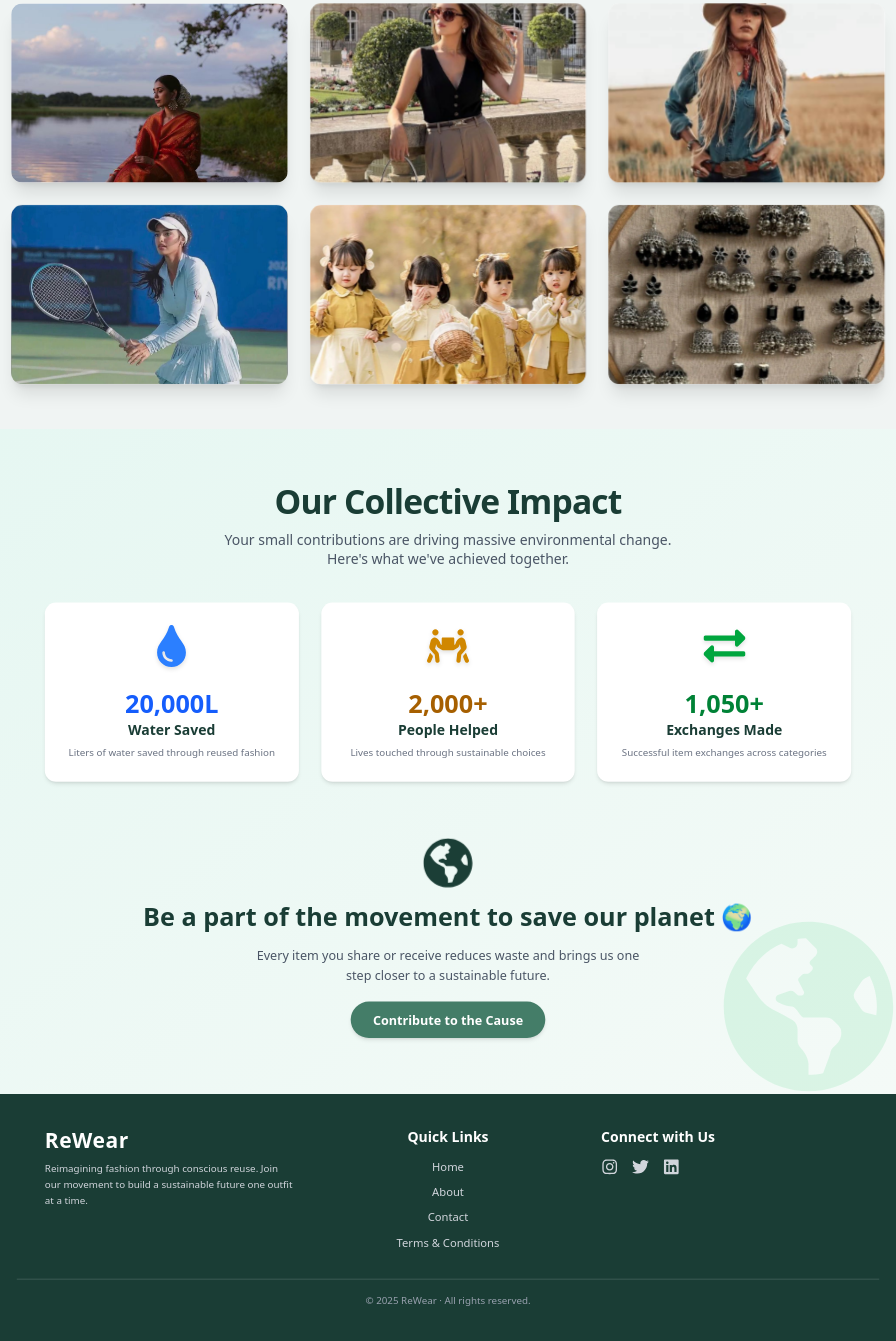
Repository: Swastikkkkk/vv
Page: / (app in OneDrive/Desktop/Yuzichahal/frontend/)
These files come from the project's save history. The page is drawn as it stood at one moment and after the next save; the edit follows.
The browser window is 1280 px wide. The pictures show the part of the page from y = 987 to 2907 px (the page is 2903 px tall before and 2907 px after), at 70% of full size.
The page's requests for data from a server got no answer. The project was rebuilt for these pictures with package versions that can differ from the ones it lists, and the page was loaded fresh each time. No one was signed in, and anything a server would have sent is missing. Also part of the build but not shown: OneDrive/Desktop/Yuzichahal/frontend/vite.config.js, OneDrive/Desktop/Yuzichahal/frontend/src/components/Signup.jsx, OneDrive/Desktop/Yuzichahal/frontend/src/components/Login.jsx, OneDrive/Desktop/Yuzichahal/frontend/src/components/user/Sidebar.jsx, OneDrive/Desktop/Yuzichahal/frontend/src/components/user/ProductFeed.jsx, OneDrive/Desktop/Yuzichahal/frontend/src/components/user/HelpTooltip.jsx, OneDrive/Desktop/Yuzichahal/frontend/src/components/user/UserDashboard.jsx, OneDrive/Desktop/Yuzichahal/frontend/src/components/user/AddListing.jsx and 7 more.

Above is the page before, as saved 2025-07-12 13:44:51.

After the next save:
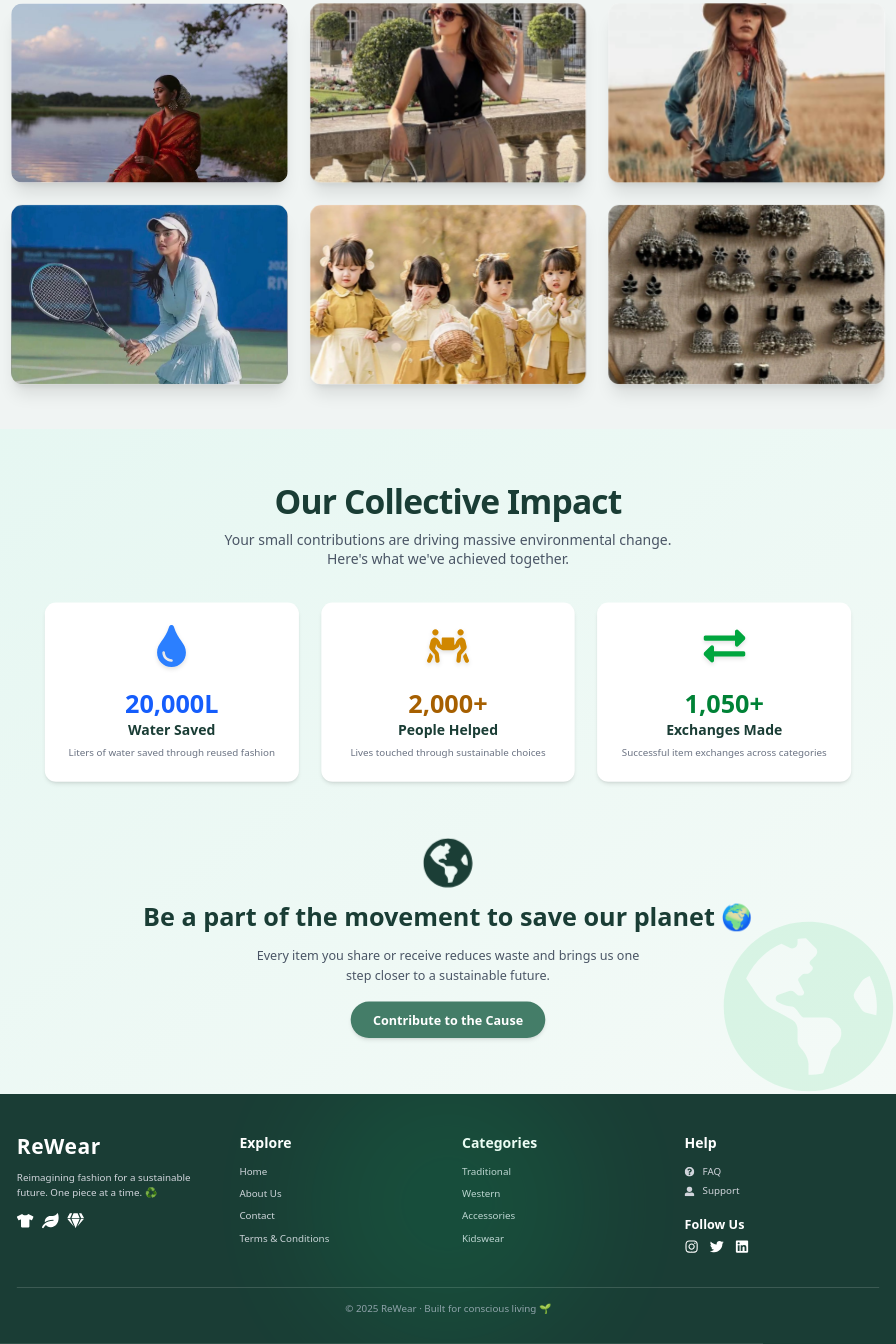
Saved 62 s later.
--- a/OneDrive/Desktop/Yuzichahal/frontend/src/components/Footer.jsx
+++ b/OneDrive/Desktop/Yuzichahal/frontend/src/components/Footer.jsx
@@ -1,82 +1,83 @@
 import React from 'react';
 import { Link } from 'react-router-dom';
-import { FaInstagram, FaTwitter, FaLinkedin } from 'react-icons/fa';
+import {
+  FaInstagram,
+  FaTwitter,
+  FaLinkedin,
+  FaTshirt,
+  FaLeaf,
+  FaGem,
+  FaUserAlt,
+  FaQuestionCircle,
+} from 'react-icons/fa';
 
 const Footer = () => {
   return (
-    <footer className="bg-[#1a3d35] text-white py-12 px-6">
-      <div className="max-w-6xl mx-auto grid grid-cols-1 md:grid-cols-3 gap-10">
-        {/* Logo & Description */}
-        <div className="text-center md:text-left">
-          <h2 className="text-3xl font-bold text-white mb-3 tracking-wide">ReWear</h2>
+    <footer className="bg-[#1a3d35] text-white pt-14 pb-10 px-6 relative overflow-hidden">
+      <div className="max-w-7xl mx-auto grid grid-cols-1 md:grid-cols-4 gap-10">
+        {/* 1. Logo + Mission */}
+        <div className="text-center md:text-left space-y-4">
+          <h2 className="text-3xl font-bold tracking-wide">ReWear</h2>
           <p className="text-sm text-gray-300 leading-relaxed">
-            Reimagining fashion through conscious reuse. Join our movement to build a sustainable future one outfit at a time.
+            Reimagining fashion for a sustainable future. One piece at a time. ♻️
           </p>
+          <div className="flex space-x-3 text-2xl text-white mt-4 justify-center md:justify-start">
+            <FaTshirt className="hover:text-[#38c172] transition-all duration-300" />
+            <FaLeaf className="hover:text-[#38c172] transition-all duration-300" />
+            <FaGem className="hover:text-[#38c172] transition-all duration-300" />
+          </div>
         </div>
 
-        {/* Navigation */}
-        <div className="text-center">
-          <h3 className="text-xl font-semibold mb-4 text-white">Quick Links</h3>
-          <ul className="space-y-3 text-gray-300">
-            <li>
-              <Link to="/" className="hover:text-[#38c172] transition duration-300">
-                Home
-              </Link>
-            </li>
-            <li>
-              <Link to="/about" className="hover:text-[#38c172] transition duration-300">
-                About
-              </Link>
-            </li>
-            <li>
-              <Link to="/contact" className="hover:text-[#38c172] transition duration-300">
-                Contact
-              </Link>
-            </li>
-            <li>
-              <Link to="/terms" className="hover:text-[#38c172] transition duration-300">
-                Terms & Conditions
-              </Link>
-            </li>
+        {/* 2. Explore */}
+        <div>
+          <h3 className="text-xl font-semibold mb-4 text-white">Explore</h3>
+          <ul className="space-y-3 text-gray-300 text-sm">
+            <li><Link to="/" className="hover:text-[#38c172] transition-all duration-300">Home</Link></li>
+            <li><Link to="/about" className="hover:text-[#38c172] transition-all duration-300">About Us</Link></li>
+            <li><Link to="/contact" className="hover:text-[#38c172] transition-all duration-300">Contact</Link></li>
+            <li><Link to="/terms" className="hover:text-[#38c172] transition-all duration-300">Terms & Conditions</Link></li>
           </ul>
         </div>
 
-        {/* Social Media */}
-        <div className="text-center md:text-left">
-          <h3 className="text-xl font-semibold mb-4">Connect with Us</h3>
-          <div className="flex justify-center md:justify-start gap-5 text-2xl">
-            <a
-              href="https://instagram.com"
-              target="_blank"
-              rel="noopener noreferrer"
-              className="text-gray-300 hover:text-pink-400 transition duration-300"
-            >
-              <FaInstagram />
-            </a>
-            <a
-              href="https://twitter.com"
-              target="_blank"
-              rel="noopener noreferrer"
-              className="text-gray-300 hover:text-sky-400 transition duration-300"
-            >
-              <FaTwitter />
-            </a>
-            <a
-              href="https://linkedin.com"
-              target="_blank"
-              rel="noopener noreferrer"
-              className="text-gray-300 hover:text-blue-400 transition duration-300"
-            >
-              <FaLinkedin />
-            </a>
+        {/* 3. Categories */}
+        <div>
+          <h3 className="text-xl font-semibold mb-4 text-white">Categories</h3>
+          <ul className="space-y-3 text-gray-300 text-sm">
+            <li><Link to="/category/traditional" className="hover:text-[#38c172] transition-all duration-300">Traditional</Link></li>
+            <li><Link to="/category/western" className="hover:text-[#38c172] transition-all duration-300">Western</Link></li>
+            <li><Link to="/category/accessories" className="hover:text-[#38c172] transition-all duration-300">Accessories</Link></li>
+            <li><Link to="/category/kidswear" className="hover:text-[#38c172] transition-all duration-300">Kidswear</Link></li>
+          </ul>
+        </div>
+
+        {/* 4. Help & Social */}
+        <div className="space-y-6">
+          <div>
+            <h3 className="text-xl font-semibold mb-4">Help</h3>
+            <ul className="space-y-2 text-sm text-gray-300">
+              <li><Link to="/faq" className="hover:text-[#38c172] transition-all duration-300"><FaQuestionCircle className="inline-block mr-2" /> FAQ</Link></li>
+              <li><Link to="/support" className="hover:text-[#38c172] transition-all duration-300"><FaUserAlt className="inline-block mr-2" /> Support</Link></li>
+            </ul>
+          </div>
+
+          <div>
+            <h3 className="text-lg font-semibold mb-2">Follow Us</h3>
+            <div className="flex justify-center md:justify-start gap-4 text-xl">
+              <a href="https://instagram.com" target="_blank" rel="noreferrer" className="hover:text-[#f78da7] transition duration-300"><FaInstagram /></a>
+              <a href="https://twitter.com" target="_blank" rel="noreferrer" className="hover:text-[#1da1f2] transition duration-300"><FaTwitter /></a>
+              <a href="https://linkedin.com" target="_blank" rel="noreferrer" className="hover:text-[#0077b5] transition duration-300"><FaLinkedin /></a>
+            </div>
           </div>
         </div>
       </div>
 
-      {/* Footer Bottom */}
-      <div className="border-t border-white/20 mt-10 pt-5 text-center text-sm text-gray-400">
-        © {new Date().getFullYear()} ReWear · All rights reserved.
+      {/* Bottom Line */}
+      <div className="mt-12 border-t border-white/20 pt-5 text-center text-sm text-gray-400">
+        © {new Date().getFullYear()} ReWear · Built for conscious living 🌱
       </div>
+
+      {/* Background Image Light Effect (optional) */}
+      <div className="absolute bottom-0 left-1/2 transform -translate-x-1/2 opacity-10 blur-[80px] w-[400px] h-[400px] bg-green-400 rounded-full pointer-events-none" />
     </footer>
   );
 };
